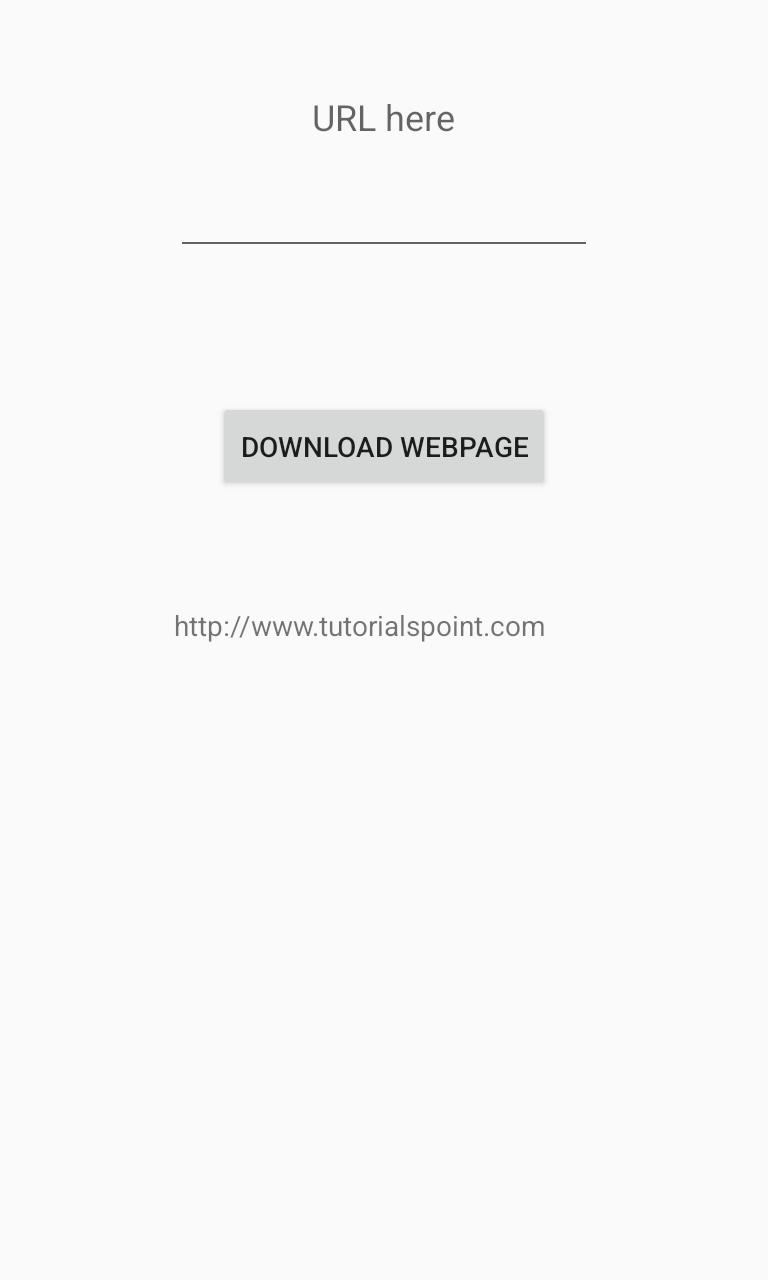
Repository: stubbs12/androidGIT7
Layout: httpTest/res/layout/activity_main.xml
These files come from the project's save history. The layout is drawn as it stood at one moment and after the next save; the edit follows.
It is drawn on a 768 x 1280 px phone screen (xhdpi) without system bars, with theme AppTheme; the app's code is not run.

Above is the layout before, as saved 2014-10-12 18:12:37.

### httpTest/res/layout/activity_main.xml
<RelativeLayout xmlns:android="http://schemas.android.com/apk/res/android"
   xmlns:tools="http://schemas.android.com/tools"
   android:layout_width="match_parent"
   android:layout_height="match_parent"
   android:paddingBottom="@dimen/activity_vertical_margin"
   android:paddingLeft="@dimen/activity_horizontal_margin"
   android:paddingRight="@dimen/activity_horizontal_margin"
   android:paddingTop="@dimen/activity_vertical_margin"
   tools:context=".MainActivity" >

   <TextView
      android:id="@+id/textView1"
      android:layout_width="wrap_content"
      android:layout_height="wrap_content"
      android:layout_alignParentTop="true"
      android:layout_centerHorizontal="true"
      android:layout_marginTop="30dp"
      android:text="@string/url"
      android:textAppearance="?android:attr/textAppearanceMedium" />

   <EditText
      android:id="@+id/editText1"
      android:layout_width="wrap_content"
      android:layout_height="wrap_content"
      android:layout_below="@+id/textView1"
      android:layout_centerHorizontal="true"
      android:layout_marginTop="18dp"
      android:ems="10" />

   <Button
      android:id="@+id/button1"
      android:layout_width="wrap_content"
      android:layout_height="wrap_content"
      android:layout_below="@+id/editText1"
      android:layout_centerHorizontal="true"
      android:layout_marginTop="69dp"
      android:onClick="download"
      android:text="@string/click" />

   <TextView
      android:id="@+id/textView2"
      android:layout_width="wrap_content"
      android:layout_height="wrap_content"
      android:layout_alignLeft="@+id/editText1"
      android:layout_below="@+id/button1"
      android:layout_marginTop="56dp"
      android:text="@string/google"
      android:textAppearance="?android:attr/textAppearanceSmall" />

</RelativeLayout>

### httpTest/res/values/styles.xml
<?xml version="1.0" encoding="utf-8"?>
<resources>

    <!--
        Base application theme, dependent on API level. This theme is replaced
        by AppBaseTheme from res/values-vXX/styles.xml on newer devices.
    -->
    <style name="AppBaseTheme" parent="Theme.AppCompat.Light">
        <!--
            Theme customizations available in newer API levels can go in
            res/values-vXX/styles.xml, while customizations related to
            backward-compatibility can go here.
        -->
    </style>

    <!-- Application theme. -->
    <style name="AppTheme" parent="AppBaseTheme">
        <!-- All customizations that are NOT specific to a particular API-level can go here. -->
    </style>

   <string name="app_name">NetworkConnection</string>
   <string name="action_settings">Settings</string>
   <string name="hello_world">Hello world!</string>
   <string name="url">URL here</string>
   <string name="click">Download WebPage</string>
   <string name="google">http://www.tutorialspoint.com</string>
</resources>

Loaded but not shown: httpTest/res/values-v11/styles.xml (common file); httpTest/res/values-v14/styles.xml (common file); httpTest/res/values/dimens.xml (common file); httpTest/res/values-w820dp/dimens.xml (common file)

After the next save:
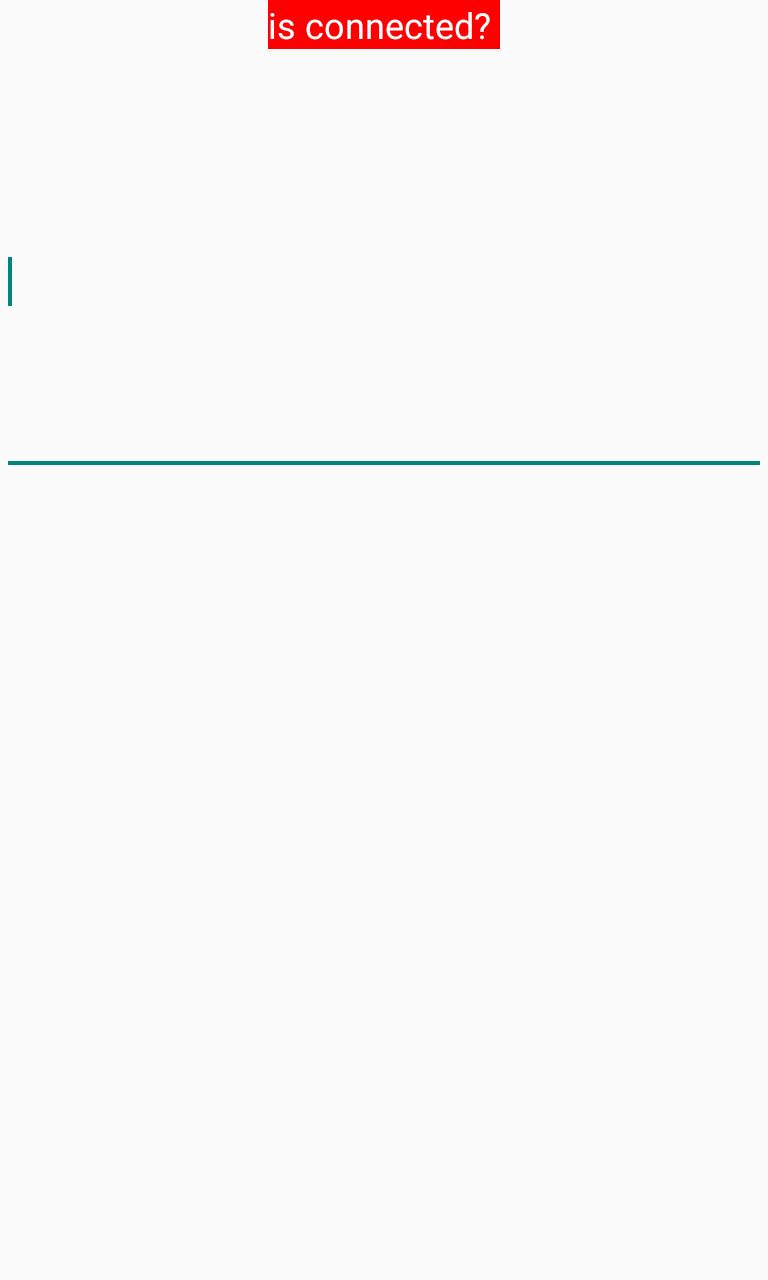
Saved 8 min 48 s later.
--- a/httpTest/res/layout/activity_main.xml
+++ b/httpTest/res/layout/activity_main.xml
@@ -1,50 +1,27 @@
-<RelativeLayout xmlns:android="http://schemas.android.com/apk/res/android"
-   xmlns:tools="http://schemas.android.com/tools"
-   android:layout_width="match_parent"
-   android:layout_height="match_parent"
-   android:paddingBottom="@dimen/activity_vertical_margin"
-   android:paddingLeft="@dimen/activity_horizontal_margin"
-   android:paddingRight="@dimen/activity_horizontal_margin"
-   android:paddingTop="@dimen/activity_vertical_margin"
-   tools:context=".MainActivity" >
+<?xml version="1.0" encoding="utf-8"?>
+<LinearLayout xmlns:android="http://schemas.android.com/apk/res/android"
+    android:layout_width="match_parent"
+    android:layout_height="match_parent"
+    android:orientation="vertical" >
 
    <TextView
-      android:id="@+id/textView1"
-      android:layout_width="wrap_content"
-      android:layout_height="wrap_content"
-      android:layout_alignParentTop="true"
-      android:layout_centerHorizontal="true"
-      android:layout_marginTop="30dp"
-      android:text="@string/url"
-      android:textAppearance="?android:attr/textAppearanceMedium" />
+        android:id="@+id/tvIsConnected"
+        android:layout_width="wrap_content"
+        android:layout_height="wrap_content"
+        android:layout_gravity="center_horizontal"
+        android:background="#FF0000"
+        android:textColor="#FFF"
+        android:textSize="18dp"
+        android:layout_marginBottom="5dp"
+        android:text="is connected? " />
 
-   <EditText
-      android:id="@+id/editText1"
-      android:layout_width="wrap_content"
-      android:layout_height="wrap_content"
-      android:layout_below="@+id/textView1"
-      android:layout_centerHorizontal="true"
-      android:layout_marginTop="18dp"
-      android:ems="10" />
+    <EditText
+        android:id="@+id/etResponse"
+        android:layout_width="match_parent"
+        android:layout_height="200dp"
+        android:ems="10"
+        android:layout_marginTop="10dp"
+        android:inputType="textMultiLine" >
 
-   <Button
-      android:id="@+id/button1"
-      android:layout_width="wrap_content"
-      android:layout_height="wrap_content"
-      android:layout_below="@+id/editText1"
-      android:layout_centerHorizontal="true"
-      android:layout_marginTop="69dp"
-      android:onClick="download"
-      android:text="@string/click" />
-
-   <TextView
-      android:id="@+id/textView2"
-      android:layout_width="wrap_content"
-      android:layout_height="wrap_content"
-      android:layout_alignLeft="@+id/editText1"
-      android:layout_below="@+id/button1"
-      android:layout_marginTop="56dp"
-      android:text="@string/google"
-      android:textAppearance="?android:attr/textAppearanceSmall" />
-
-</RelativeLayout>
+        <requestFocus />
+    </EditText>
